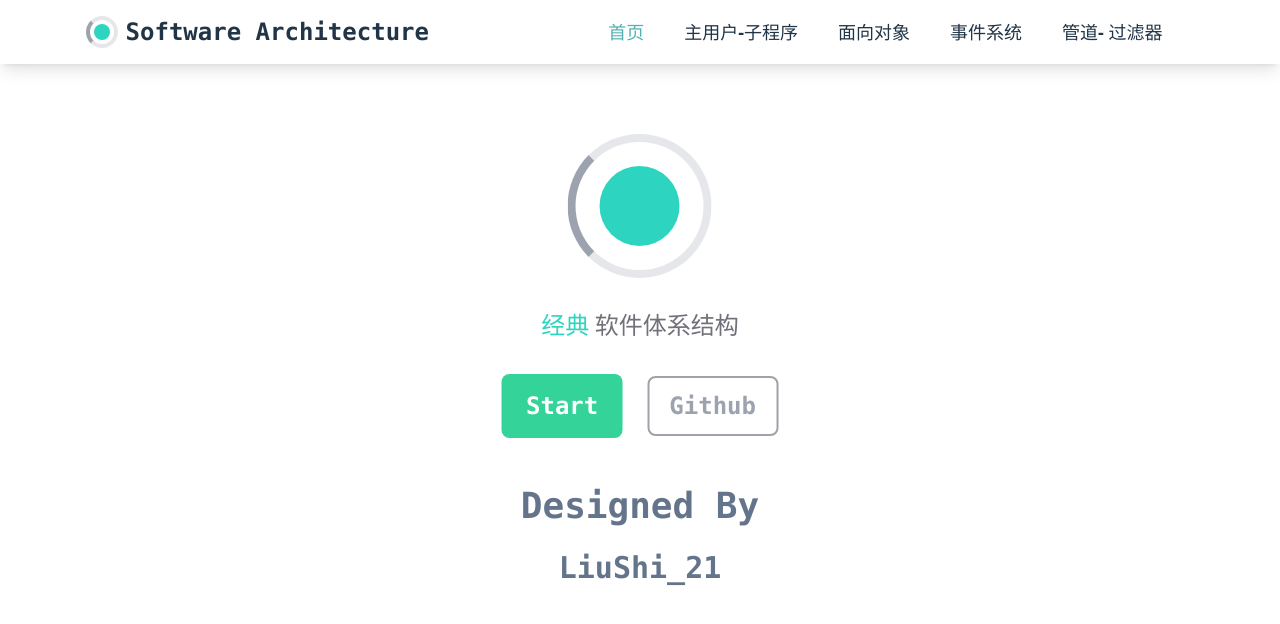
Repository: MarchRory/software_architecture_lab2
Page: / (app in lab2/)
These files come from the project's save history. The page is drawn as it stood at one moment and after the next save; the edit follows.
The browser window is 1280 px wide. The pictures show the whole page.
The project was rebuilt for these pictures with package versions that can differ from the ones it lists, and the page was loaded fresh each time. Also part of the build but not shown: lab2/vite.config.ts. Imported but missing from the stored project, and not drawn on this page: lab2/src/views/OOP/index.vue, lab2/src/views/PipFilter/index.vue, lab2/src/views/eventsSys/index.vue, lab2/src/views/mainChild/index.vue.

Above is the page before, as saved 2023-11-17 21:46:31.

After the next save:
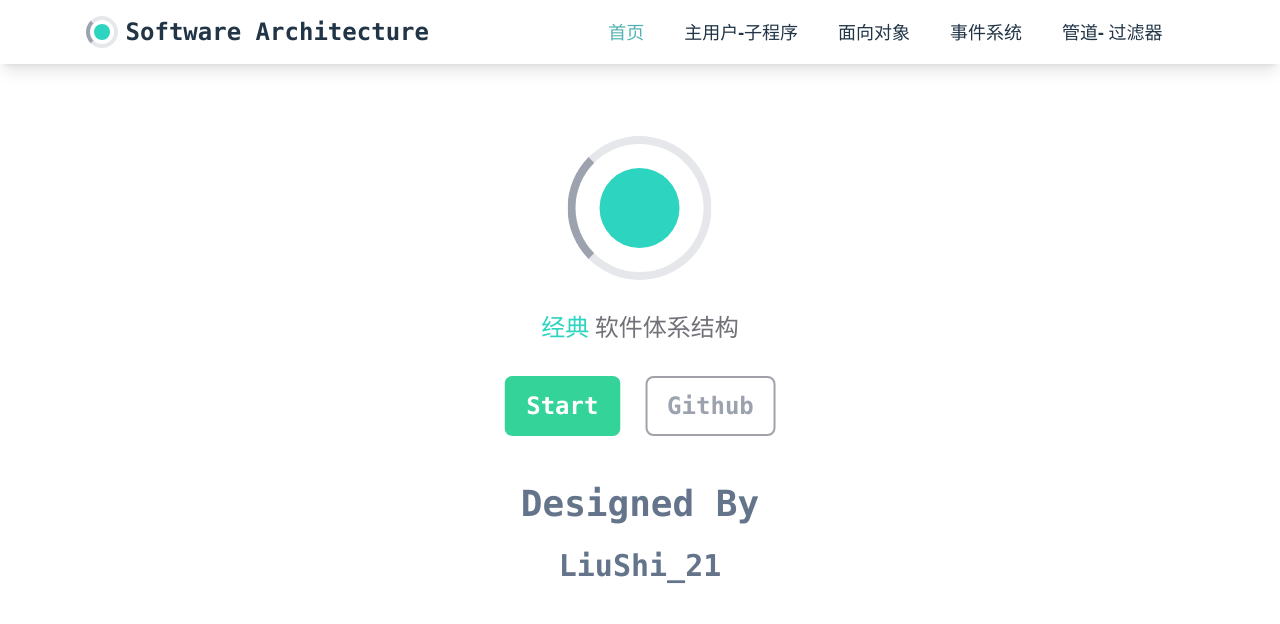
Saved 13 s later.
--- a/lab2/src/views/hello/index.vue
+++ b/lab2/src/views/hello/index.vue
@@ -25,7 +25,7 @@
 		<div class="flex items-center justify-between" style="width: 110%">
 			<div
 				@click="enterPage"
-				class="flex items-center justify-center px-6 py-4 font-mono text-2xl font-bold text-white rounded-lg hover:cursor-pointer bg-emerald-400"
+				class="flex items-center justify-center px-5 py-3 font-mono text-2xl font-bold text-white border-2 border-transparent rounded-lg hover:cursor-pointer bg-emerald-400"
 			>
 				Start
 			</div>
